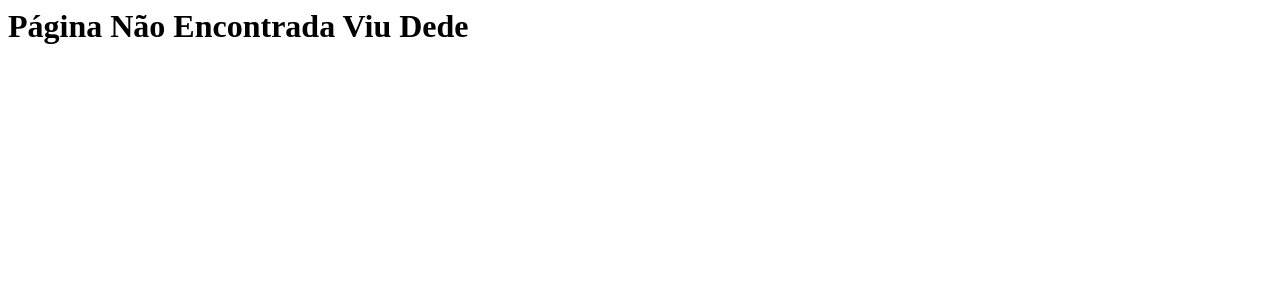
Repository: Cygnus-x1br/ControleFinanceiro
Page: http://localhost/app/Views/error/erro.phtml
An editor plug-in stored every save of this project. The page is shown before and after the next save, followed by the edit.
The browser window is 1280 px wide. The pictures show the whole page.
The page is run by PHP 8.4 with error messages shown; the project is at /var/www/html/.

Above is the page before, as saved 2022-12-26 11:55:29.

### app/Views/error/erro.phtml
<h1>Página Não Encontrada Viu Dede</h1>

After the next save:
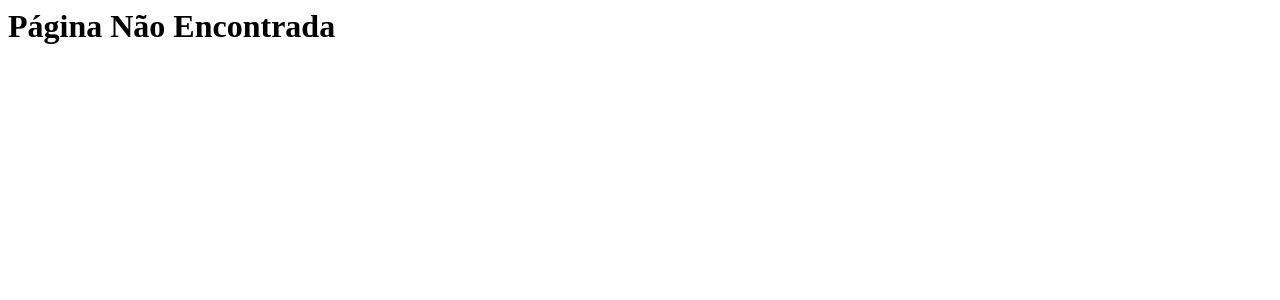
Saved 2 min 53 s later.
--- a/app/Views/error/erro.phtml
+++ b/app/Views/error/erro.phtml
@@ -1 +1 @@
-<h1>Página Não Encontrada Viu Dede</h1>
+<h1>Página Não Encontrada</h1>
